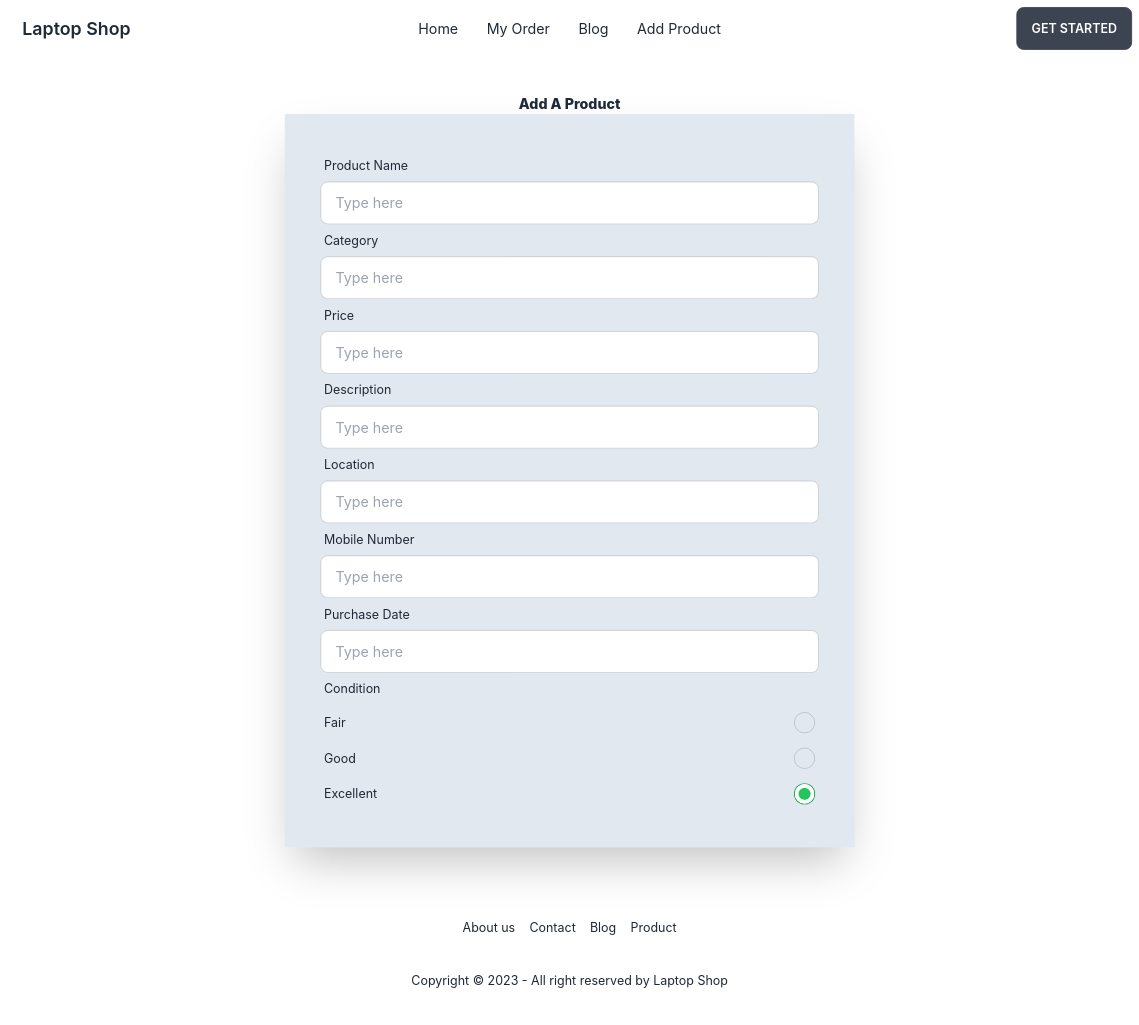
Repository: mdsajib50/E-commerce
Page: /add-product
An editor plug-in stored every save of this project. The page is shown before and after a run of saves, followed by the edit.
The browser window is 1280 px wide. The pictures show the whole page, at 89% of full size.
The project was rebuilt for these pictures with package versions that can differ from the ones it lists, and the page was loaded fresh each time. Also part of the build but not shown: src/Pages/Home/Banner/Banner.js, src/Pages/Home/Product/ProductCard.js, src/Pages/Home/Product/Product.js, src/Pages/Home/Home/Home.js.

Above is the page before, as saved 2023-01-11 23:20:51.

### src/App.js
import logo from './logo.svg';
import './App.css';
import { RouterProvider } from 'react-router';
import router from './Routes/Router';

function App() {
  return (
    <div className="App">
        <RouterProvider router={router}></RouterProvider>
    </div>
  );
}

export default App;

### src/Routes/Router.js
import React from 'react';
import { createBrowserRouter } from 'react-router-dom';
import Main from '../Layout/Main/Main';
import AddProduct from '../Pages/AddProduct/AddProduct';
import Home from '../Pages/Home/Home/Home';

const router = createBrowserRouter([
    {
        path: '/',
        element: <Main></Main>,
        children:[
            {
                path:'/',
                element:<Home></Home>
            },
            {
                path:'/home',
                element:<Home></Home>
            },
            {
                path: '/add-product',
                element: <AddProduct></AddProduct>
            }
        ]
    }
])

export default router;

### src/Layout/Main/Main.js
import React from 'react';
import { Outlet } from 'react-router';
import Footer from '../../Pages/Shared/Footer/Footer';
import Header from '../../Pages/Shared/Header/Header';

const Main = () => {
    return (
        <div>
            <Header></Header>
            <Outlet></Outlet>
            <Footer></Footer>
        </div>
    );
};

export default Main;

### src/Pages/AddProduct/AddProduct.js
import React from 'react';

const AddProduct = () => {
    return (
        <div className='my-10'>
            <h1 className='text-center font-extrabold text-'>Add A Product</h1>
           <div className=' text-center w-1/2 mx-auto shadow-2xl bg-slate-200 p-10'>
                <form>
                    <div className="form-control">
                        <label className="label">
                            <span className="label-text">Product Name</span>
                        </label>
                        <input type="text" name='product_name' placeholder="Type here" className="input input-bordered" />
                    </div>
                    <div className="form-control">
                        <label className="label">
                            <span className="label-text">Category</span>
                        </label>
                        <input type="text" name='category' placeholder="Type here" className="input input-bordered" />
                    </div>
                    <div className="form-control">
                        <label className="label">
                            <span className="label-text">Price</span>
                        </label>
                        <input type="text" name='price' placeholder="Type here" className="input input-bordered" />
                    </div>
                    <div className="form-control">
                        <label className="label">
                            <span className="label-text">Description</span>
                        </label>
                        <input type="text" name='description' placeholder="Type here" className="input input-bordered" />
                    </div>
                    <div className="form-control">
                        <label className="label">
                            <span className="label-text">Location</span>
                        </label>
                        <input type="text" name='location' placeholder="Type here" className="input input-bordered" />
                    </div>
                    <div className="form-control">
                        <label className="label">
                            <span className="label-text">Mobile Number</span>
                        </label>
                        <input type="text" name='mobile' placeholder="Type here" className="input input-bordered" />
                    </div>
                    <div className="form-control">
                        <label className="label">
                            <span className="label-text">Purchase Date </span>
                        </label>
                        <input type="text" name='date' placeholder="Type here" className="input input-bordered" />
                    </div>
                    <div className="form-control rounded-xl">
                    <label className="label">
                            <span className="label-text">Condition </span>
                        </label>
                        <div className="form-control">
                            <label className="label cursor-pointer">
                                <span className="label-text">Fair</span>
                                <input type="radio" value='fair' name="condition" className="radio checked:bg-red-500" checked />
                            </label>
                            </div>
                            <div className="form-control">
                            <label className="label cursor-pointer">
                                <span className="label-text">Good</span>
                                <input type="radio" value='good' name="condition" className="radio checked:bg-blue-500" checked />
                            </label>
                        </div>
                            <div className="form-control">
                            <label className="label cursor-pointer">
                                <span className="label-text">Excellent</span>
                                <input type="radio" value='excellent' name="condition" className="radio checked:bg-green-500" checked />
                            </label>
                        </div>
                    </div>
                    </form>
           </div>
        </div>
    );
};

export default AddProduct;

### src/Pages/Shared/Footer/Footer.js
import React from 'react';

const Footer = () => {
    return (
        <footer className="footer footer-center p-10 text-base-content rounded mt-10">
            <div className="grid grid-flow-col gap-4">
                <a className="link link-hover">About us</a>
                <a className="link link-hover">Contact</a>
                <a className="link link-hover">Blog</a>
                <a className="link link-hover">Product</a>
            </div>
            <div>
                <p>Copyright © 2023 - All right reserved by Laptop Shop</p>
            </div>
</footer>
    );
};

export default Footer;

### src/Pages/Shared/Header/Header.js
import React from 'react';
import { Link } from 'react-router-dom';

const Header = () => {
    return (
        <div className="navbar bg-base-100">
        <div className="navbar-start">
            <div className="dropdown">
            <label tabIndex={0} className="btn btn-ghost lg:hidden">
                <svg xmlns="http://www.w3.org/2000/svg" className="h-5 w-5" fill="none" viewBox="0 0 24 24" stroke="currentColor"><path strokeLinecap="round" strokeLinejoin="round" strokeWidth="2" d="M4 6h16M4 12h8m-8 6h16" /></svg>
            </label>
            <ul tabIndex={0} className="menu menu-compact dropdown-content mt-3 p-2 shadow bg-base-100 rounded-box w-52">
                <li><Link to='/home'>Home</Link></li>
                <li><Link to='/myorder'>My Order</Link></li>
                <li><Link to='/blog'>Blog</Link></li>
                <li><Link to='/add-product'>Add A Product</Link></li>
            </ul>
            </div>
            <a className="btn btn-ghost normal-case text-xl">Laptop Shop</a>
        </div>
        <div className="navbar-center hidden lg:flex">
            <ul className="menu menu-horizontal px-1">
                <li><Link to='/home'>Home</Link></li>
                <li><Link to='/myorder'>My Order</Link></li>
                <li><Link to='/blog'>Blog</Link></li>
                <li><Link to='/add-product'>Add Product</Link></li>
            </ul>
        </div>
        <div className="navbar-end">
            <a className="btn">Get started</a>
        </div>
</div>
    );
};

export default Header;

Loaded but not shown: src/index.js (common file); src/index.css (common file); src/reportWebVitals.js (common file); src/App.css (common file); tailwind.config.js (common file)

After the next 2 saves:
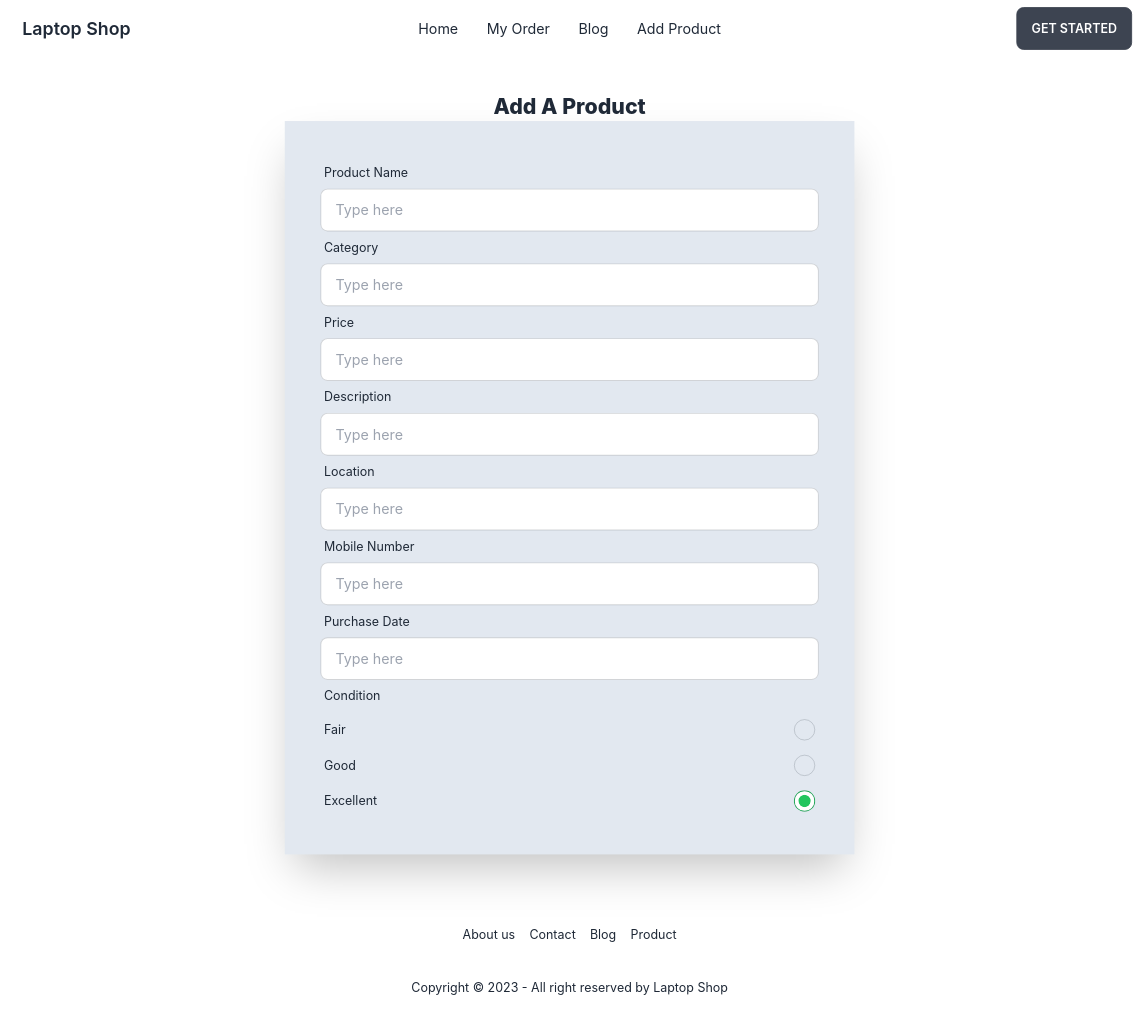
The 2 saves are shown as one change because they came seconds apart.
The last was saved 8 s later.
--- a/src/Pages/AddProduct/AddProduct.js
+++ b/src/Pages/AddProduct/AddProduct.js
@@ -3,7 +3,7 @@ import React from 'react';
 const AddProduct = () => {
     return (
         <div className='my-10'>
-            <h1 className='text-center font-extrabold text-'>Add A Product</h1>
+            <h1 className='text-center font-extrabold text-2xl'>Add A Product</h1>
            <div className=' text-center w-1/2 mx-auto shadow-2xl bg-slate-200 p-10'>
                 <form>
                     <div className="form-control">
